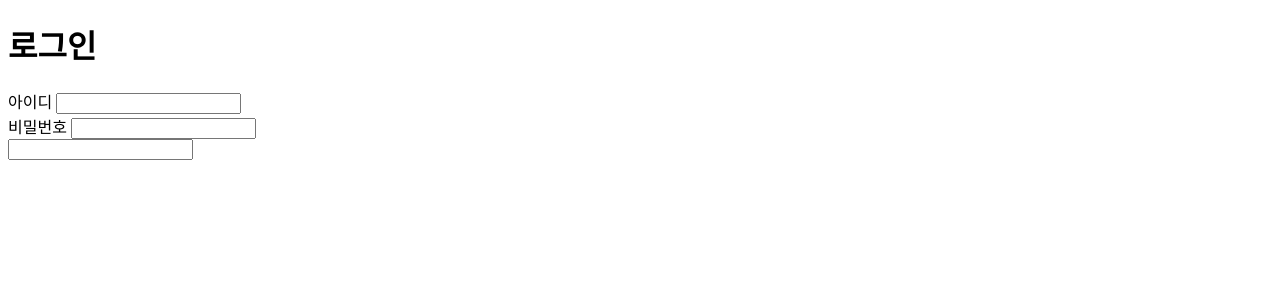
Repository: whdghks9241/Servlet-JSP-Workspace
Page: http://localhost/login_logout2/login.jsp
These files come from the project's save history. The page is drawn as it stood at one moment and after the next save; the edit follows.
The browser window is 1280 px wide. The pictures show the whole page.
The page is served by Tomcat 9.

Above is the page before, as saved 2023-11-08 00:46:47.

After the next save:
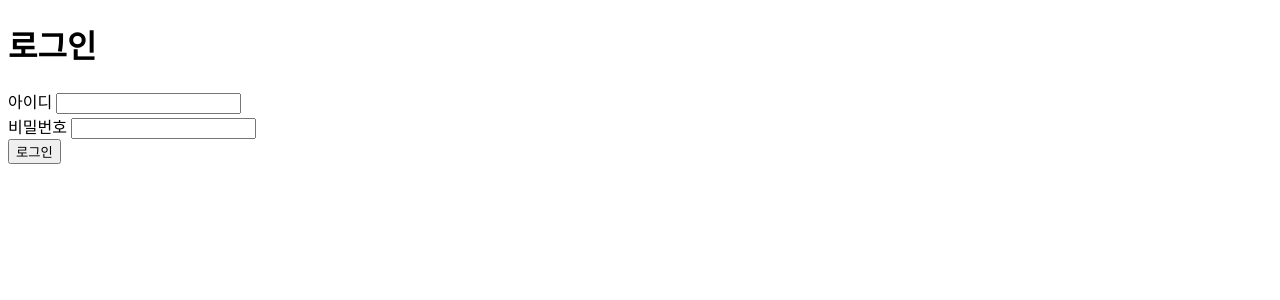
Saved 19 s later.
--- a/login_logout2/src/main/webapp/login.jsp
+++ b/login_logout2/src/main/webapp/login.jsp
@@ -15,7 +15,7 @@
 		<label for="PASSWORD"> 비밀번호 </label>
 		<input type="password" id="PASSWROD" name="PASSWORD" required><br>
 
-		<input>
+		<input type="submit" value="로그인">
 	</form>
 </body>
 </html>
